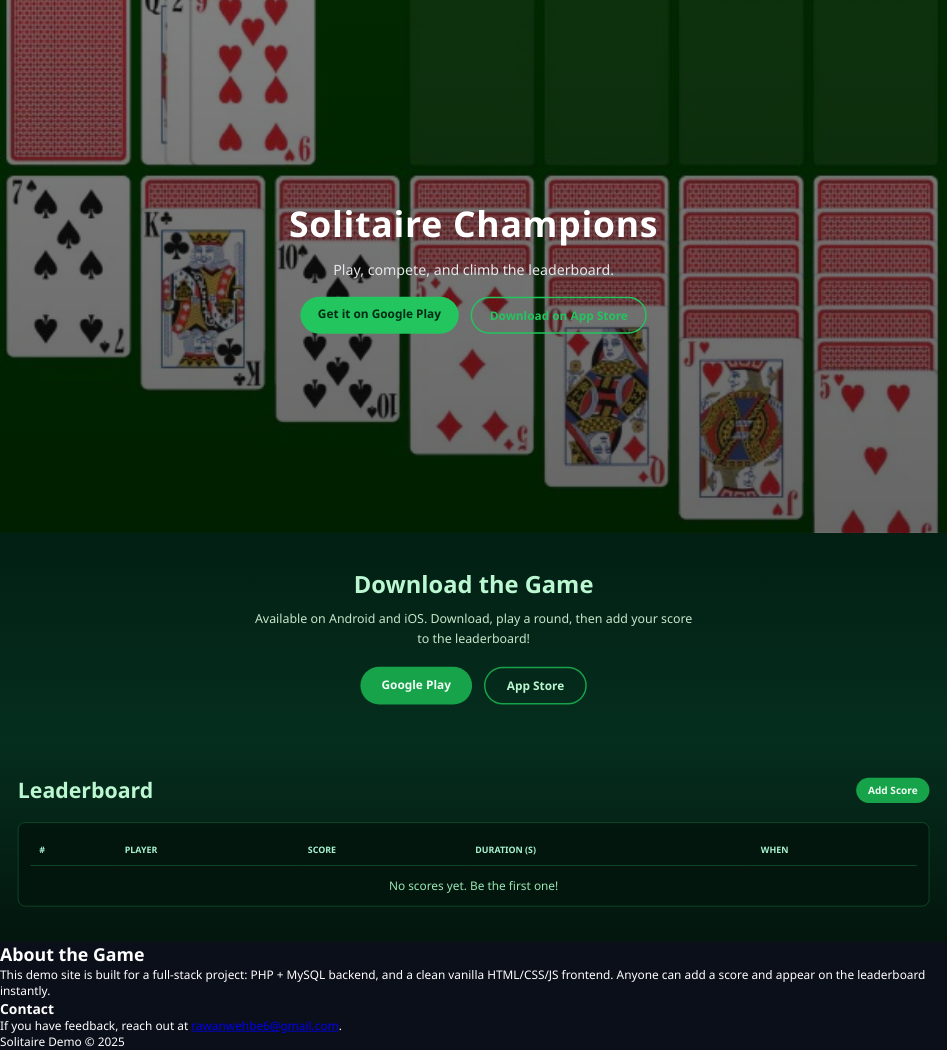
Repository: rawanwehbe6/solitaire-webapp
Page: solitaire-frontend/index.html
An editor plug-in stored every save of this project. The page is shown before and after the next save, followed by the edit.
The browser window is 1280 px wide. The pictures show the whole page, at 74% of full size.

Above is the page before, as saved 2025-11-05 21:31:42.

After the next save:
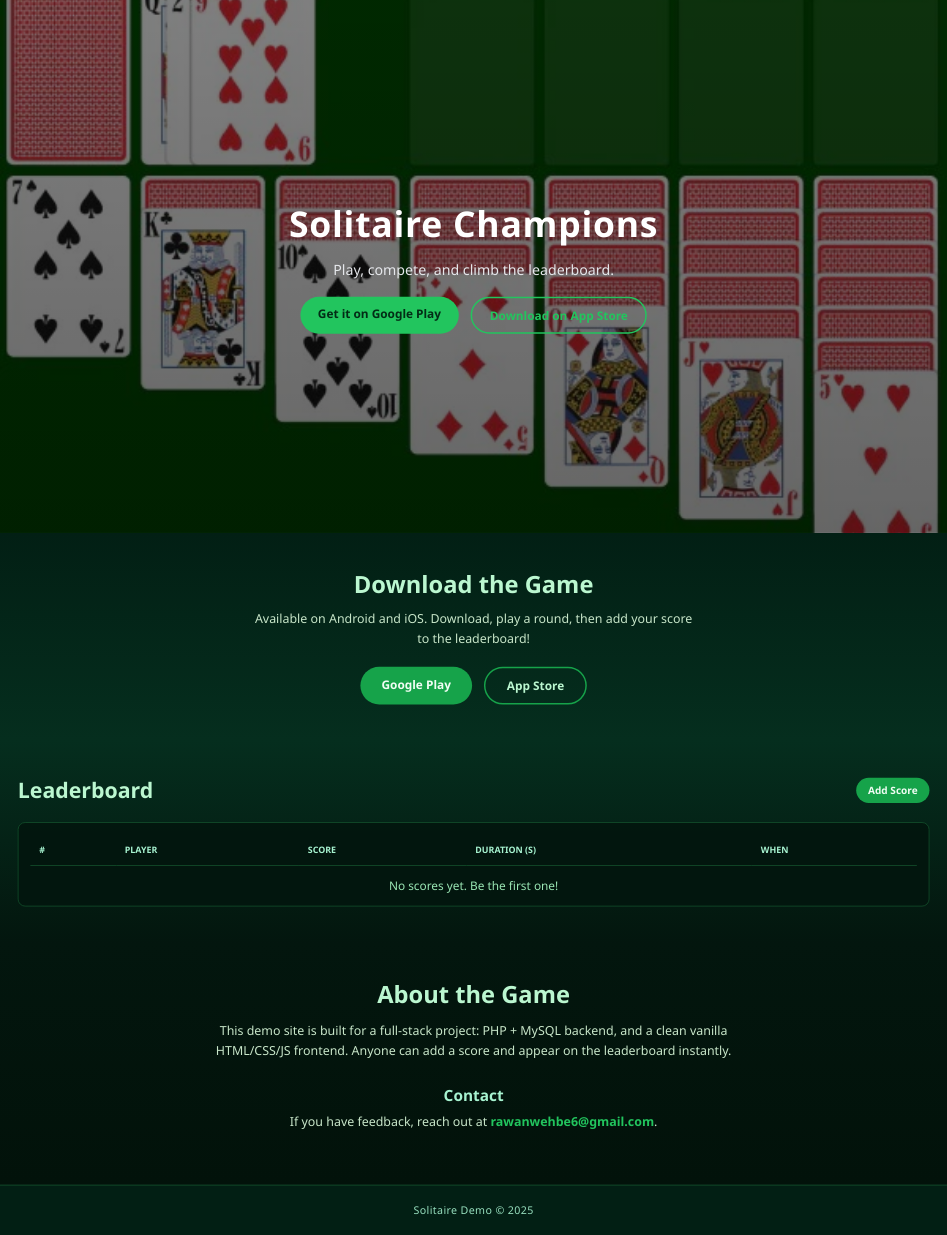
Saved 39 s later.
--- a/solitaire-frontend/style.css
+++ b/solitaire-frontend/style.css
@@ -224,3 +224,56 @@
     font-size: 0.95rem;
   }
 }
+/* ---------- About Section ---------- */
+#about {
+  padding: 3rem 1.5rem;
+  background: linear-gradient(180deg, #03160e 0%, #02120a 100%);
+  color: #e8f5e9;
+  text-align: center;
+}
+
+#about h2 {
+  font-size: 2rem;
+  margin-bottom: 1rem;
+  color: #bbf7d0;
+}
+
+#about p {
+  color: #c8e6c9;
+  font-size: 1.05rem;
+  line-height: 1.6;
+  max-width: 700px;
+  margin: 0.5rem auto 1.5rem auto;
+}
+
+#about h3 {
+  font-size: 1.3rem;
+  margin-top: 2rem;
+  color: #a7f3d0;
+}
+
+#about a {
+  color: #22c55e;
+  text-decoration: none;
+  font-weight: 600;
+  transition: color 0.3s ease;
+}
+
+#about a:hover {
+  color: #86efac;
+}
+
+
+.footer {
+  background: #021f14;
+  color: #a7f3d0;
+  text-align: center;
+  padding: 1.5rem;
+  border-top: 1px solid #14532d;
+  font-size: 0.9rem;
+}
+
+.footer p {
+  opacity: 0.9;
+  letter-spacing: 0.5px;
+}
